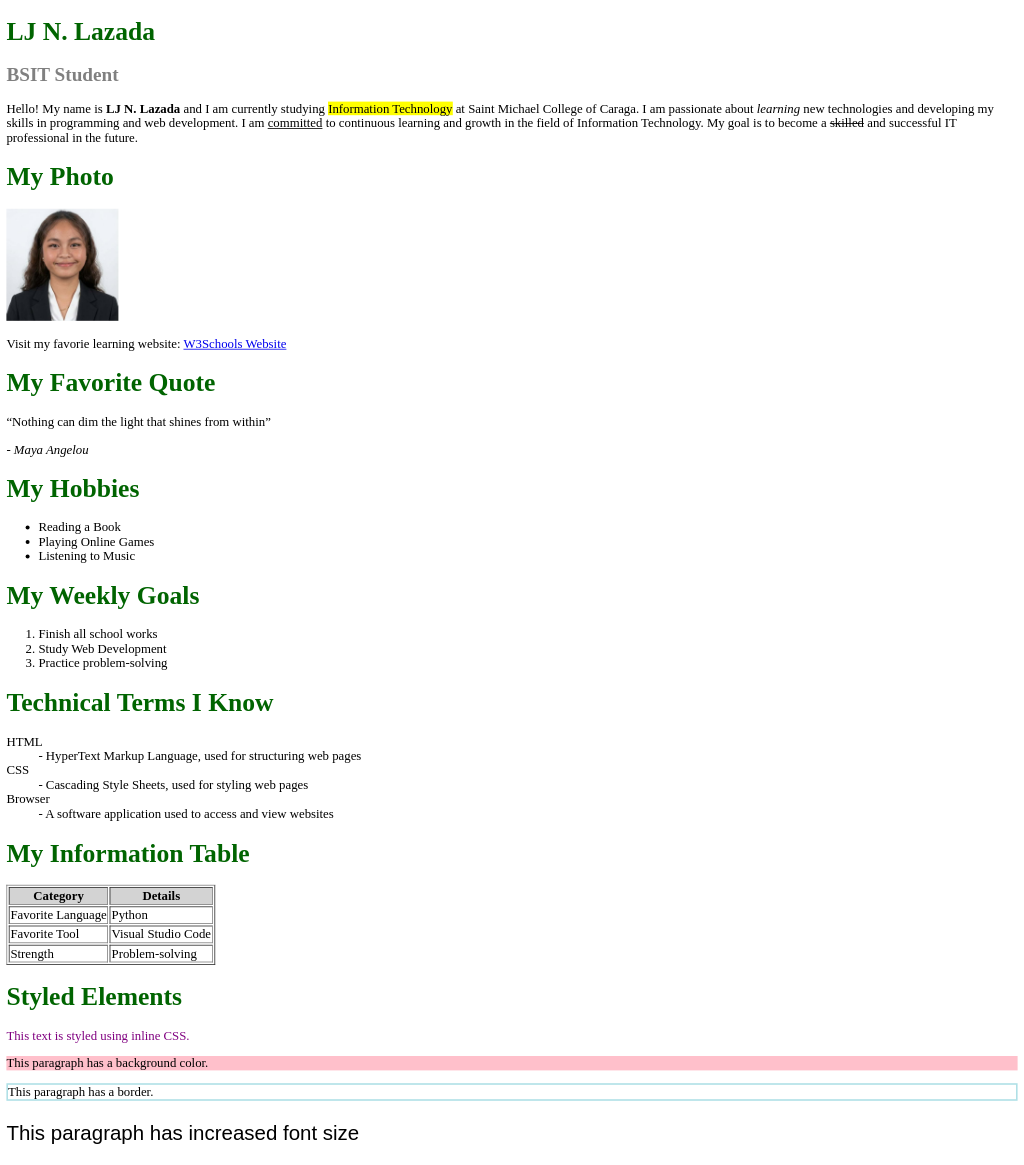
Repository: ljlazada11/myfirsthtml
Page: index.html
The author's editor kept a copy of each file at every save. The page is drawn from the files as they stood at one save, then again after the next save.
The browser window is 1280 px wide. The pictures show the whole page, at 80% of full size.

Above is the page before, as saved 2026-06-24 21:11:31.

After the next save:
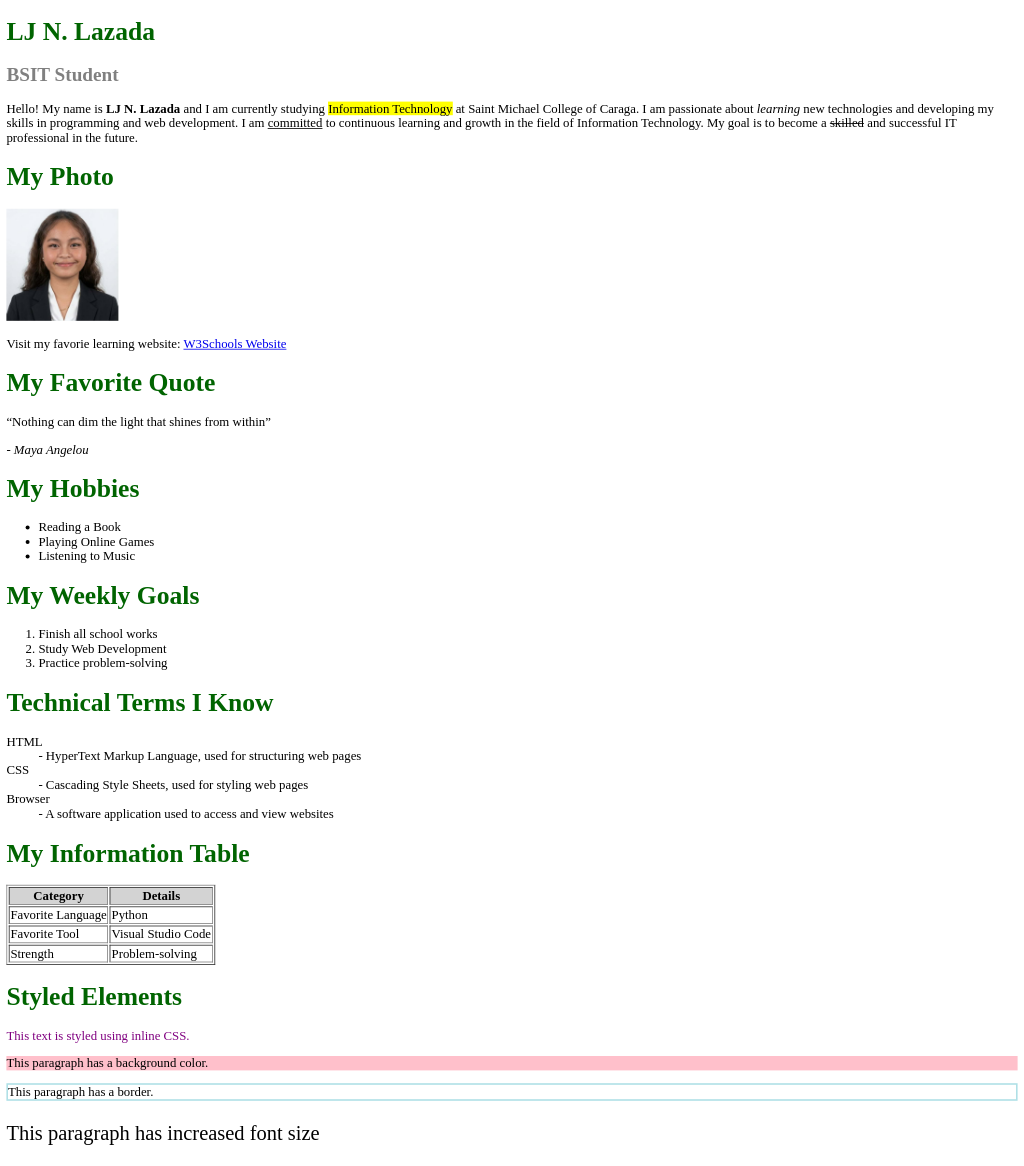
Saved 66 s later.
--- a/index.html
+++ b/index.html
@@ -69,7 +69,7 @@
     <p style="color:purple;">This text is styled using inline CSS.</p>
     <p style="background-color:pink;">This paragraph has a background color.</p>
     <p style="border: 2px solid powderblue;">This paragraph has a border.</p>
-    <p style="color: black; font-family: Arial, sans-serif; font-size: 160%;">This paragraph has increased font size</p>
+    <p style="color: black; font-family: , courier; font-size: 160%;">This paragraph has increased font size</p>
 </body>
 
 
